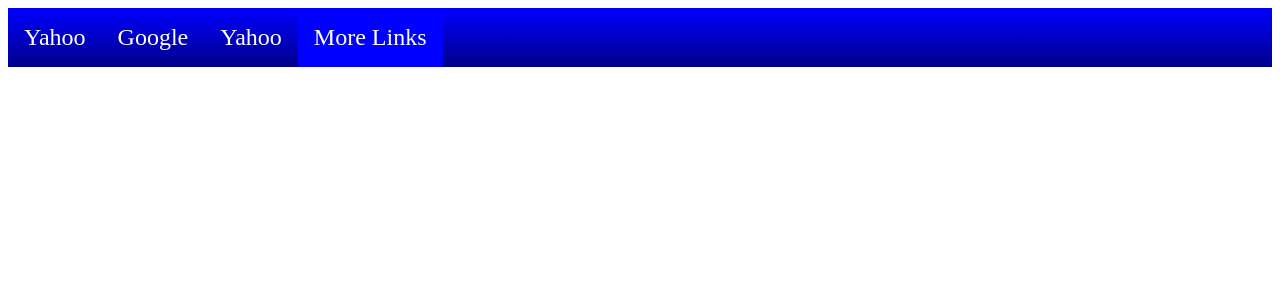
Repository: jason-ward220/jason-ward220.github.io
Page: index.html
The author's editor kept a record of every edit. The page is drawn from the files as they stood at one moment, then again after the next edit.
The browser window is 1280 px wide. The pictures show the whole page.

Above is the page before.

### index.html
<!DOCTYPE html>
<html>
    <head>
        <title>repl.it</title>
        <style>
            .navbar
            {
                background-image: linear-gradient(blue, darkBlue);
                overflow: hidden;
            }
            .navbar a
            {
                color: white;
                font-size: 24px;
                text-decoration: none;
                padding: 16px;
                float: left;
            }
            .morelinks
            {
                color: white;
                font-size: 24px;
                text-decoration: none;
                padding: 16px;
            }
            .navbar a:hover, .morelinks:hover
            {
                background-image: linear-gradient(darkBlue, blue);
                opacity: 0.5;
            }
            .dropdown:hover .dropdown-content
            {
                display: block;
            }
            .dropdown-content
            {
                position: absolute;
                z-index: 1;
                display: none;
                background-color: blue;
            }
            .dropdown
            {
                background-color: blue;
                color: white;
                float: left;
                text-decoration: none;
                font-size: 24px;
            }
            .dropdown-content a
            {
                float: none;
                display: block;
            }
        </style>
    </head>
    <body>
        <div class="navbar">
            <a href="https://www.yahoo.com">Yahoo</a>
            <a href="https://www.google.com">Google</a>
            <a href="https://www.yahoo.com">Yahoo</a>
            <div class="dropdown">
                <div class="morelinks">More Links</div>
                <div class="dropdown-content">
                    <a href="https://www.awseducate.com">AWS Educate</a>
                    <a href="https://www.collegeboard.org">College Board</a>
                </div>
            </div>
        </div>
    </body>
</html>

After the next edit:
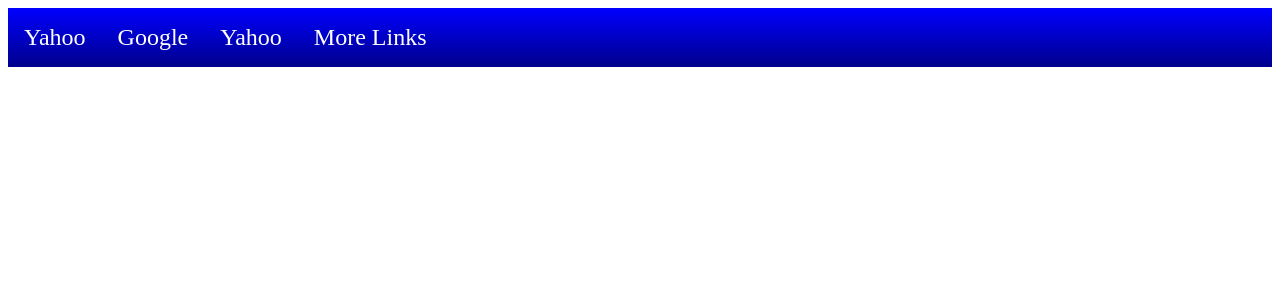
The edit:
--- a/index.html
+++ b/index.html
@@ -41,7 +41,7 @@
             }
             .dropdown
             {
-                background-color: blue;
+background-image: linear-gradient(blue, darkBlue);
                 color: white;
                 float: left;
                 text-decoration: none;
